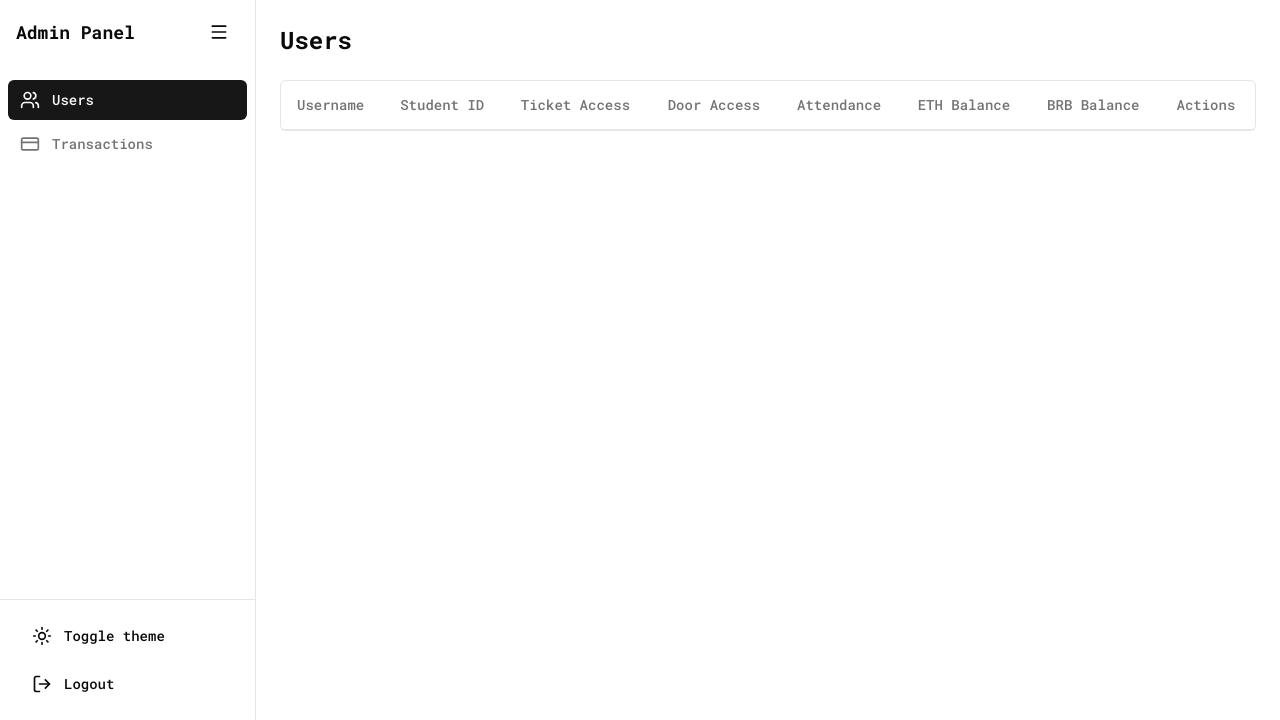
Repository: sahibjotsingh05/unicrypt
Page: /dashboard/users (app in web-server/admin_server/)
These files come from the project's save history. The page is drawn as it stood at one moment and after the next save; the edit follows.
The browser window is 1280 px wide. The pictures show the whole page.
The page's requests for data from a server got no answer. The project was rebuilt for these pictures with package versions that can differ from the ones it lists, and the page was loaded fresh each time. The framework's server and built-in components were replaced by stand-ins that run in the browser. No one was signed in, and anything a server would have sent is missing. Also part of the build but not shown: web-server/admin_server/next.config.js, web-server/admin_server/components/ui/input.tsx.

Above is the page before, as saved 2025-02-17 01:56:45.

After the next save:
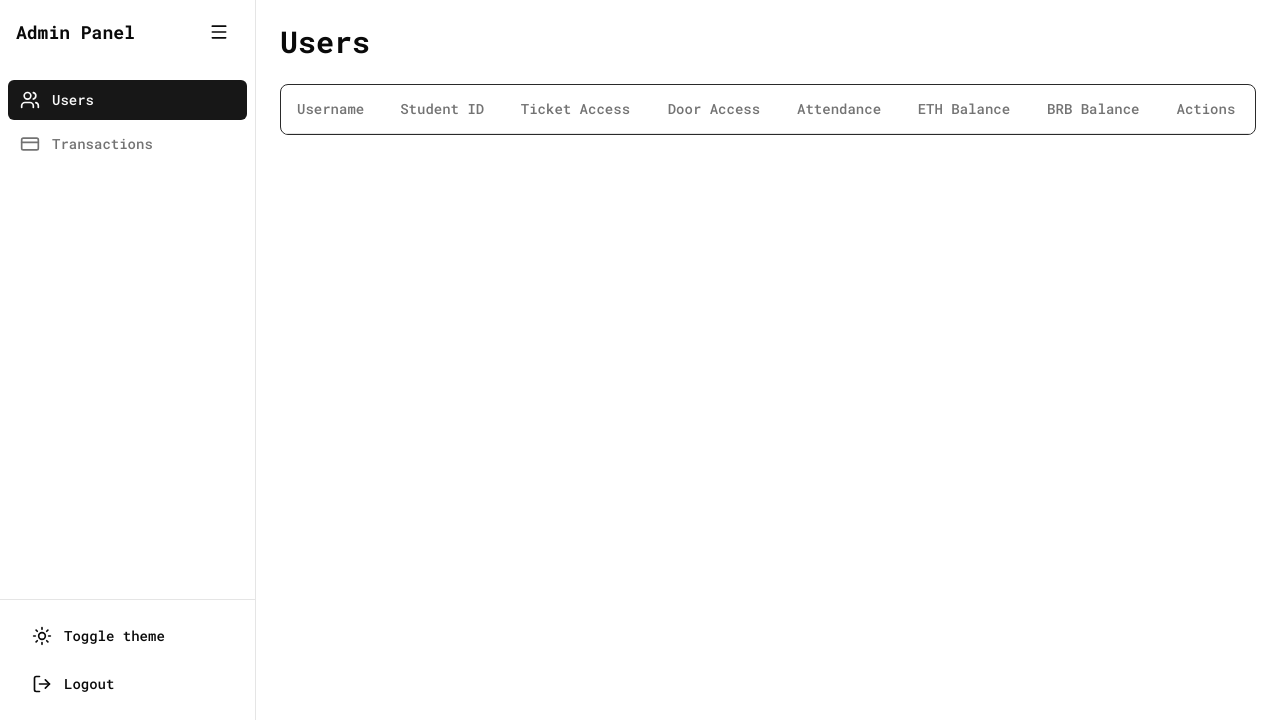
Saved 4 s later.
--- a/web-server/admin_server/app/dashboard/users/page.tsx
+++ b/web-server/admin_server/app/dashboard/users/page.tsx
@@ -198,10 +198,11 @@ export default function UsersPage() {
 
 	return (
 		<div className="space-y-6">
-			<h2 className="text-2xl font-bold">Users</h2>
-
-			{/* Users Table */}
-			<div className="rounded-md border">
+			<div className="flex items-center justify-between">
+				<h1 className="text-3xl font-bold">Users</h1>
+			</div>
+
+			<div className="glow-container overflow-hidden bg-background">
 				<Table>
 					<TableHeader>
 						<TableRow>
